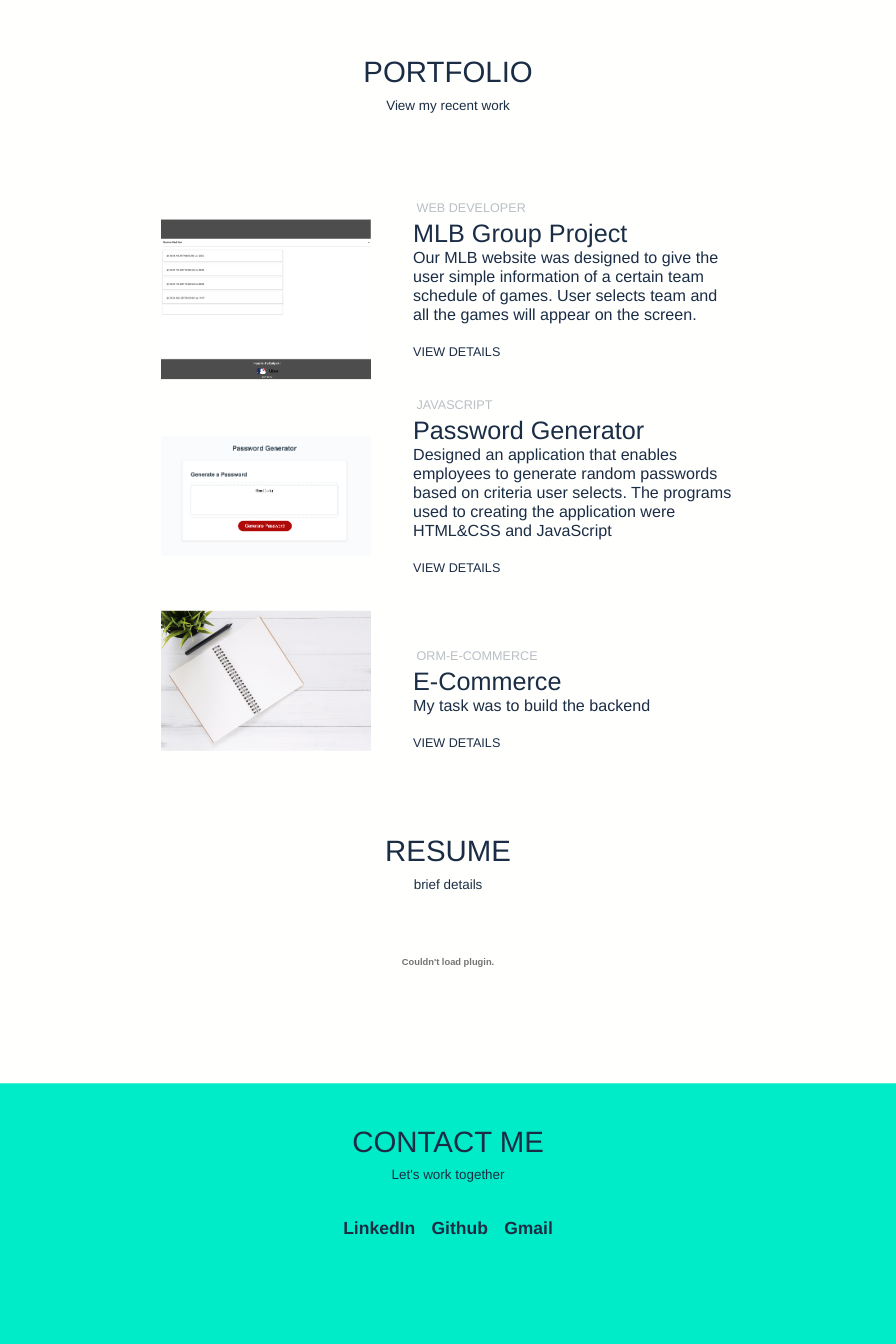
Repository: jb150524/JB-Portfolio
Page: index.html
An editor plug-in stored every save of this project. The page is shown before and after a run of saves, followed by the edit.
The browser window is 1280 px wide. The pictures show the part of the page from y = 2252 to 4172 px (the page is 4282 px tall), at 70% of full size.
Some web libraries are served in a nearby version.

Above is the page before, as saved 2021-09-25 20:08:17.

### index.html
<!DOCTYPE html>
<!-- saved from url=(0053)file:///Users/jja/FullStack_HW/juanwebsite/index.html -->

    <html lang="en"><head><meta http-equiv="Content-Type" content="text/html; charset=UTF-8">

    <meta http-equiv="X-UA-Compatible" content="IE=edge">
    <meta name="viewport" content="width=device-width, initial-scale=1.0">

    <!-- CSS style sheet -->
    <link rel="stylesheet" href="style.css">

    <!-- adding icons  -->
    <script src="https://kit.fontawesome.com/11dfd97c40.js" crossorigin="anonymous"></script>

    <title>Juan's Portfolio</title>
    </head>

    <body>
      <header>
      <nav class="top-nav">
        <ul class="nav-list">
        <li>
        <a href="file:///Users/jja/FullStack_HW/juanwebsite/index.html">Home</a>
        <a href="file:///Users/jja/FullStack_HW/juanwebsite/index.html#about">About</a>
        <a href="file:///Users/jja/FullStack_HW/juanwebsite/index.html#portfolio">Portfolio</a>
        <a href="file:///Users/jja/FullStack_HW/juanwebsite/index.html#resume">Resume</a>
        <a href="file:///Users/jja/FullStack_HW/juanwebsite/index.html#contact">Contact</a>
        </li>
        </ul>
      </nav>

    <div class="main">
      <div class="landing-text">
        <h1>JuanByrne</h1>
        <h6>Graphic Designer and Full Stack Web Developer</h6>
      </div>
    </div>
    </header>

    <section class="about" id="about">
      <div class="container">
          <a class="about-details">
        <div class="about-heading">
          <h1>About</h1>
          <h6>Myself</h6>
        </div>
          <p>
          I'm a Graphic Designer trying to become a full stack developer. I am from Guadalajara, Mexico. I was born in Mexico, but at a young age I moved to the USA. One of my favorite hobbies is playing competative soccer. Playing soccer has taught me perseverance, how to be a team player, and most importantly how to lose. I currently live in Wayne, Pennsylvania, but have previously lived in Guadalajara, Mexico and Orange County, California. I want to become a web developer because I want to learn a skill that motivates me and pushes me to try new things. I am excited about web developing and want a career that gives me a spark, like I get when I play soccer, with competitiveness, passion, and the belief that I can succeed.
          </p>
          </a>
      </div>
    </section>

      <a class="about-details">
        <section class="experience" id="experience">
            <div class="container">
              <div class="section-heading">
                <h1>Experience</h1>
                <h6>What I can do for you</h6>
              </div>
          <div class="my-skills">
          <div class="skills" alt ="">
            <div class="icon-container">
              <i class="fas fa-layer-group"></i>
            </div>
            <h1>Graphic Designer</h1>
            <p>
            I'm a Graphic Designer with two years of experience working in the advertising industry. Possesses a high degree of competence using programs such as Adobe Photoshop, InDesign, Illustrator, and HTML & CSS.
            </p>
          </div>

        <div class="skills">
          <div class="icon-container">
            <i class="fas fa-laptop-code"></i>
          </div>
              <h1>Web Development</h1>
              <p>
              I'm a full stack developer. I have a great understanding in Javascript, bootstrap, jQuery and Node.
              </p>
            </div>
          </div>
        </div>
      </section>
    </a>

      <section class="portfolio" id="portfolio"><a class="about-details"></a>
        <div class="container"><a class="about-details">
          <div class="section-heading">
            <h1>Portfolio</h1>
            <h6>View my recent work</h6>
            </a>
            </div>
          </div>
          <div class="portfolio-item"><a class="about-details">
            <div class="portfolio-img has-margin-right">
              <img src="images/MLB Site.png" alt="">
            </a>
            </div>
              <div class="portfolio-description"><a class="about-details">
              <h6>Web Developer</h6>
              <h1>MLB Group Project</h1>
              <p>
              Our MLB website was designed to give the user simple information of a certain team schedule of games. User selects team and all the games will appear on the screen.
              </p>
              </a>
            <a href="file:///Users/jja/FullStack_HW/juanwebsite/index.html#" class="cta"> View Details</a>
        </div>
      </div>
    <div>

     <div class="portfolio-item">
          <div class="portfolio-img has-margin-right">
            <img src="images/passGenerator.png" alt="">
            </div>
            <div class="portfolio-description">
            <h6>Javascript</h6>
            <h1>Password Generator</h1>
            <p>
            Designed an application that enables employees to generate random passwords based on criteria user selects. The programs used to creating the application were HTML&CSS and JavaScript
            </p>
            <a href="file:///Users/jja/FullStack_HW/juanwebsite/index.html#" class="cta"> View Details</a>
            </div>
        </div>

      <div>
          <div class="portfolio-item">
            <div class="portfolio-img has-margin-right">
              <img src="images/notebook.jpg" alt="">
              </div>
              <div class="portfolio-description">
              <h6>ORM-E-Commerce</h6>
              <h1>E-Commerce</h1>
              <p>
              My task was to build the backend
              </p>
              <a href="file:///Users/jja/FullStack_HW/juanwebsite/index.html#" class="cta"> View Details</a>
            </div>
          </div>
      </div>
    </section>

    <section class="resume" id="resume">
      <div class="container">
        <div class="section-heading">
          <h1>Resume</h1>
          <h6>brief details</h6>
          <embed src="JByrne Resume 2021 FINAL.pdf" type="application/pdf" width="55%" height="100px" />
          <!-- <input type="button" value="Download!"> -->
        </div>
      </div>

    <section class="contact" id="contact">
        <div class="container">
          <div class="section-heading">
          <h1>Contact Me</h1>
          <ul>
          <li>
          <h6>Let's work together</h6>
          <a href="https://www.linkedin.com/in/juan-byrne-43869ab7/">LinkedIn</a>
          <a href="https://github.com/jb150524">Github</a>
          <a href="file:///Users/jja/FullStack_HW/juanwebsite/juan1505@gmail.com">Gmail</a>
          </li>
          </ul>
        </div>
       </div>
    </section>

    <footer class="copyright">
      <div class="up" id="up">
       <i class="fas fa-chevron-up"></i>
      </div>
      <p>© 2021 Juan Byrne</p>
    </footer>
  </section>


</body>
</html

### style.css
/* Start global*/

* {
    margin: 0;
    padding: 0;
    box-sizing: border-box;
}

html {
    font-size: 12px;
    font-family: Helvetica, sans-serif;
    /* color: rgb(255, 255, 255); */
}

body {
    width: 100%;
    height: 100%;
    background-color: #fffffe;
    background-size: cover;
}

section {
    padding: 60px 0;
}

h6 {
    color: #1b2d45;
    margin: 5px;
}

a {
    text-decoration: none;
    color: #1b2d45;
}

p {
   font-size: 23px;
   font-weight: 300;
   color: #1b2d45;
}



img {
    max-width: 100%;
    height: auto;
}

.main {
    padding: 16px;
    margin-top: 30px;
    height: 1500px; /* Used in this example to enable scrolling */
  }

/* Start reusable*/

.container {
    width: 50%;
    max-width: 120rem;
    height: 100%;
    margin: 0 auto;
    position: relative;
}

.container-details p {
    font-size: 200px;
    padding: 35px;
}

.section-heading {
    text-align: center;
    margin-bottom: 10rem;
}

.section-heading h1 {
    font-family: major mono display, Helvetica, sans-serif;
    font-size: 3.5rem;
    color: #1b2d45;
    text-transform: uppercase;
    font-weight: 300;
    position: relative;
    margin-bottom: 1rem;
}

.section-heading h1::before,
.section-heading h1::after {
    content: "";
    position: absolute;
    bottom: -.5rem;
    left: 50%;
    transform: translateX(-59%);
    background: color #fff8e8;
}

.section-heading h1::before {
    width: 10rem;
    height: 3px;
    border-radius: .8rem;
}

.section-heading h1::after {
    height: 1.5rem;
    border-radius: .100%;
    bottom: 1rem;
}

.section-heading h6 {
    font-size: 1.6rem;
    font-weight: 300;
    margin-bottom: 50px;
}

.has-margin-right {
    margin-right: 5rem;
}
/* End reusable*/

/* Start header*/
header {
    width: 100%;
    height: 100vh;
}

.nav-list {
    z-index: 2;
    top: 0;
    background:#00ebc7;
    overflow: hidden;
    font-size: 35px;
    font-family: major mono display;
    margin: 0;
    padding: 20px;
    position: fixed;
    list-style: none;
    width: 100%;
    display: flex;
    justify-content: center;
    align-items: flex-start;
    text-decoration: none;
}

li {
    margin: 0;
    list-style: none;
}

.nav-link {
    font-family: Arial, Helvetica, sans-serif;
    font-size: 15px;
    padding: 5px;
}

.nav-link:hover,
.nav-ink:focus {
    background: linear-gradient(to top, #5725b3, #9e91e9 );
    -webkit-background-clip: text;
    -webkit-text-fill-color: transparent;

}

.landing-text{
    position: absolute;
    top: 50%;
    left: 50%;
    transform: translate(-50%, -50%);
    width: 100%;
    text-align: center;
    z-index: 1;
}

.landing-text h1 {
    font-size: 150px;
    font-family: major mono display, Helvetica, sans-serif, Helvetica, sans-serif;
    background: linear-gradient(to top, #110202, #000000 );
    -webkit-background-clip: text;
    -webkit-text-fill-color: transparent;
    padding: 1rem;
    user-select: none;

}

.landing-text h6 {
    font-size: 2rem;
    font-weight: 300;
}
/* End header*/

.about .container {
    display: flex;
    align-items: center;
    justify-content: center;
}

.about-heading {
    text-align: center;
    text-transform: uppercase;
    line-height: 10px;
    margin-bottom: 6rem;
}

.about-heading h1 {
    font-size: 10rem;
    opacity: .3;
    font-family: major mono display;
}

.about-heading h6 {
    font-size: 2rem;
    font-weight: 300;
}

/* .about-container p {
   font-size: 50px;
} */

.profile-img {
    max-width: 100%;
    display: inline-block;
}

/* Start services*/

.my-skills {
    display: grid;
    /* grid-template-columns: repeat(auto-fit, min max(25rem, 1fr)); */
    grid-gap: 2.5rem;
    text-align: center;
}

.skills p {
    padding: 15px 5px 5px 5px;
    text-align: left;
}

.skills h1 {
    text-transform: uppercase;
    letter-spacing: 2px;
    margin: 2rem -2px 2rem 0;
}

.icon-container {
    width: 10rem;
    height: 10rem;
    border: 2px solid #1b2d45;
    background-color: #00ebc7;
    margin-bottom: 2rem;
    display: inline-block;
}

.icon-container .fas {
    margin: 27px -35px 0px -36px;
}

.icon-container i {
    color:#1b2d45;
    font-size: 5rem;
    margin: auto;
}
/* End services*/

/* Start portfolio*/

.portfolio-item {
    display: flex;
    align-items: end;
    justify-content: center;
    flex-direction: row;
    flex-wrap: wrap;
    align-content: stretch;
    margin-bottom: 50px;

}
.portfolio-img {
    width: 300px;
    height: 200px;
    background-size: 100%;
}

.portfolio-item:last-child {
    margin: 0;
}

.portfolio-description {
    flex: .5;
    color: #1b2d45;

}

.portfolio-description h1 {
    font-size: 3rem;
    font-weight: 300;
    margin: 1px 0;
    display: contents;
}

.portfolio-description h6 {
    font-size: 1.5rem;
    text-transform: uppercase;
    font-weight: 300;
    opacity: 0.3;
}

.portfolio-description .cta {
    display: inline-block;
    margin-top: 2.5rem;
    font-size: 1.5rem;
    text-transform: uppercase;
    color: #1b2d45;
    transition: color 650ms;
}

.portfolio-description .cta:hover {
    color: #2f67cd;
}
/* End portfolio*/


/*Star contact*/

.contact {
    background-color:#00ebc7;
}

.contact a {
    font-weight: bold;
    margin: 10px;
    margin-top: 20px;
    padding: 15px 0;
    text-align: center;
    font-size: 25px;
}

/*End contact*/

/*Star footer*/

.copyright {
    width: 100%;
    text-align: center;
    background-color:#ff5470;
    padding: 2rem 0;
    position: absolute;
    display: block;
}

/* .up {
    position: absolute;
    width: 5rem;
    height: 5rem;
    background-color: burlywood;
    top: -2.5rem;
    right: 5rem;
    border-radius: 100%;
    display: flex;
    animation: pulse 2s infinite;
    cursor: pointer;
}

.up i {
    color: navy;
    font-size: 2rem;
    margin: auto;
} */

.copyright p {
    font-size: 1.4rem;
}
/*End footer*/

/*Start Button animation*/

@keyframes pulse {
    0%{
        box-shadow: 0 0 0 0 rgba(253, 87, 191, 0.99);
    }
    70%{
        box-shadow: 0 0 0 2rem rgba(253, 87, 191, 0);
    }
    100%{
        box-shadow: 0 0 0 0 rgba(253, 87, 191, 0);
    }
}
/*End Button animation*/

/*Start media queries*/

@media screen and (max-width: 768px) {
    body {
        background-color: #fffffe;
        background-size: cover;
    }

    .landing-text h1 {
        font-size: 70px;
    }

    .landing-text h6 {
        font-size: 1.7rem;
    }

    .nav-list {
        font-size: 15px;
    }

    li {
        margin: 2rem 0;
    }

    .nav-ink {
        font-size: 4.5rem;
    }

    .about-heading {
        font-size: 15px;
    }

    .section-heading h1 {
        font-size: 3rem;
    }

    .about-details .nav-list {
        flex-direction: initial;
    }

    .about-details li {
        font-size: 10px;
        margin: 0 2rem;
    }

@media screen and (max-width: 600px) {

    .landing-text h1 {
        font-size: 8rem;
    }

    .landing-text h6 {
        font-size: 1.4rem;
    }

    .nav-link {
        font-size: 3.5rem;
    }

    .profile-img {
        margin-top: 0 0 7rem 0;
    }

    .portfolio-item {
        flex-direction: column;
    }

    .portfolio-img {
        margin: 0 0 2rem 0;
        order: 1;
    }

    .portfolio-description {
        margin: 0;
        order: 2;
    }

    form {
        width: 100%;
    }

    .up {
        right: 2rem;
    }
}
/*End media queries*/

After the next 2 saves:
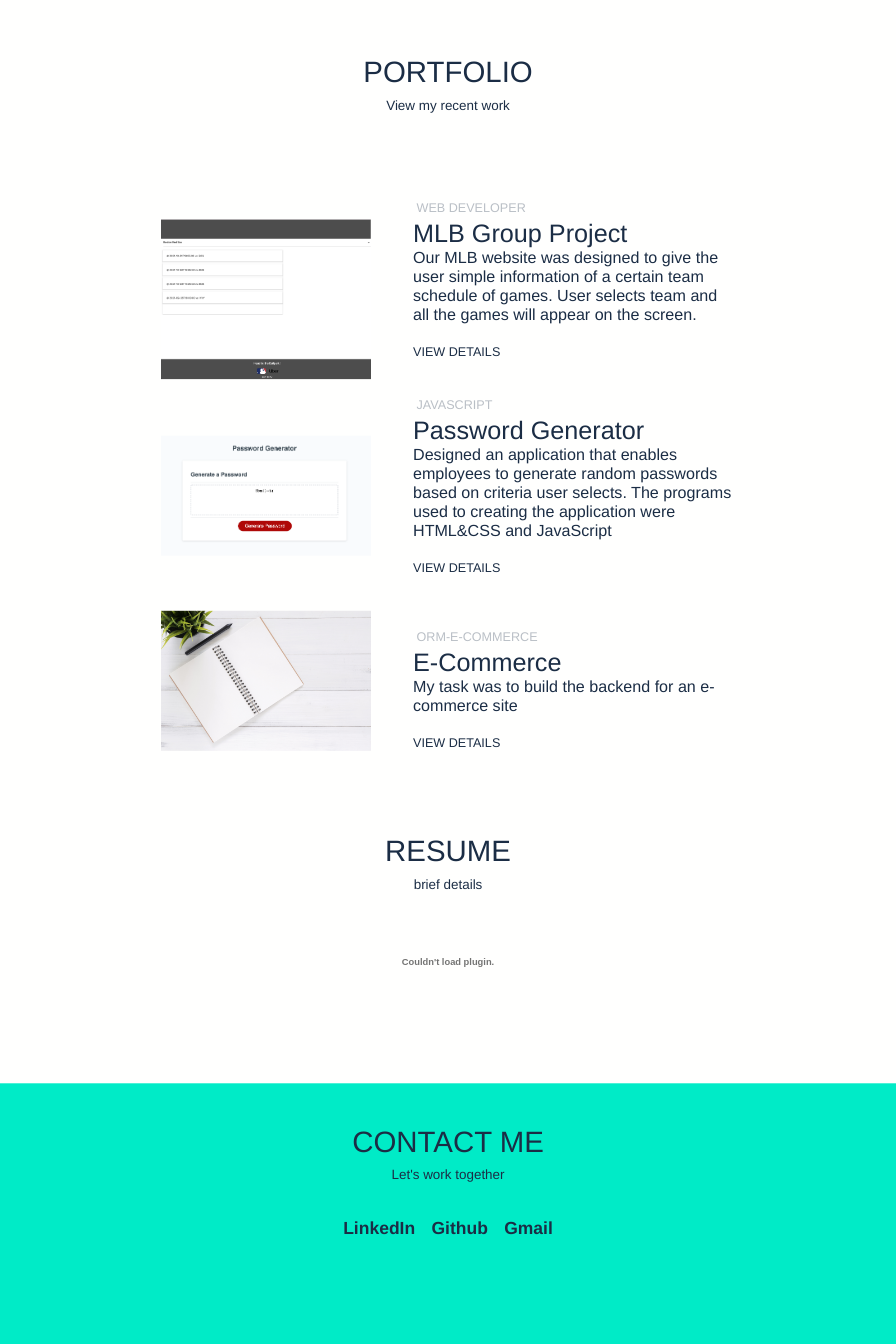
The 2 saves are shown as one change because they came seconds apart.
The last was saved 14 s later.
--- a/index.html
+++ b/index.html
@@ -131,7 +131,7 @@
               <h6>ORM-E-Commerce</h6>
               <h1>E-Commerce</h1>
               <p>
-              My task was to build the backend
+              My task was to build the backend for an e-commerce site
               </p>
               <a href="file:///Users/jja/FullStack_HW/juanwebsite/index.html#" class="cta"> View Details</a>
             </div>
